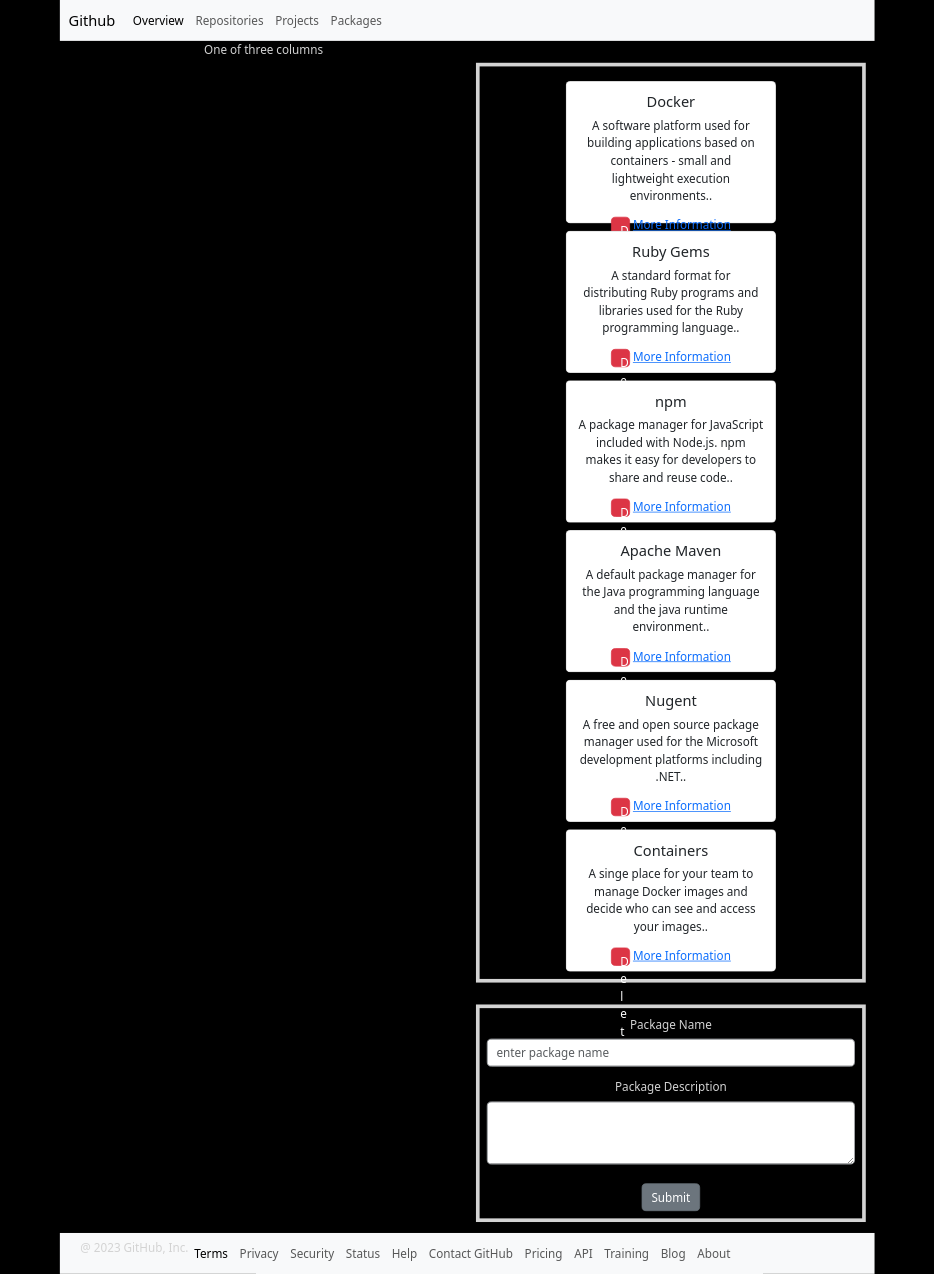
Repository: nss-evening-cohort-E23/gitsub-pull-request-posse
Page: packages.html
The author's editor kept a copy of each file at every save. The page is drawn from the files as they stood at one save, then again after a run of saves.
The browser window is 1280 px wide. The pictures show the whole page, at 73% of full size.

Above is the page before, as saved 2023-05-09 19:31:50.

After the next 3 saves:
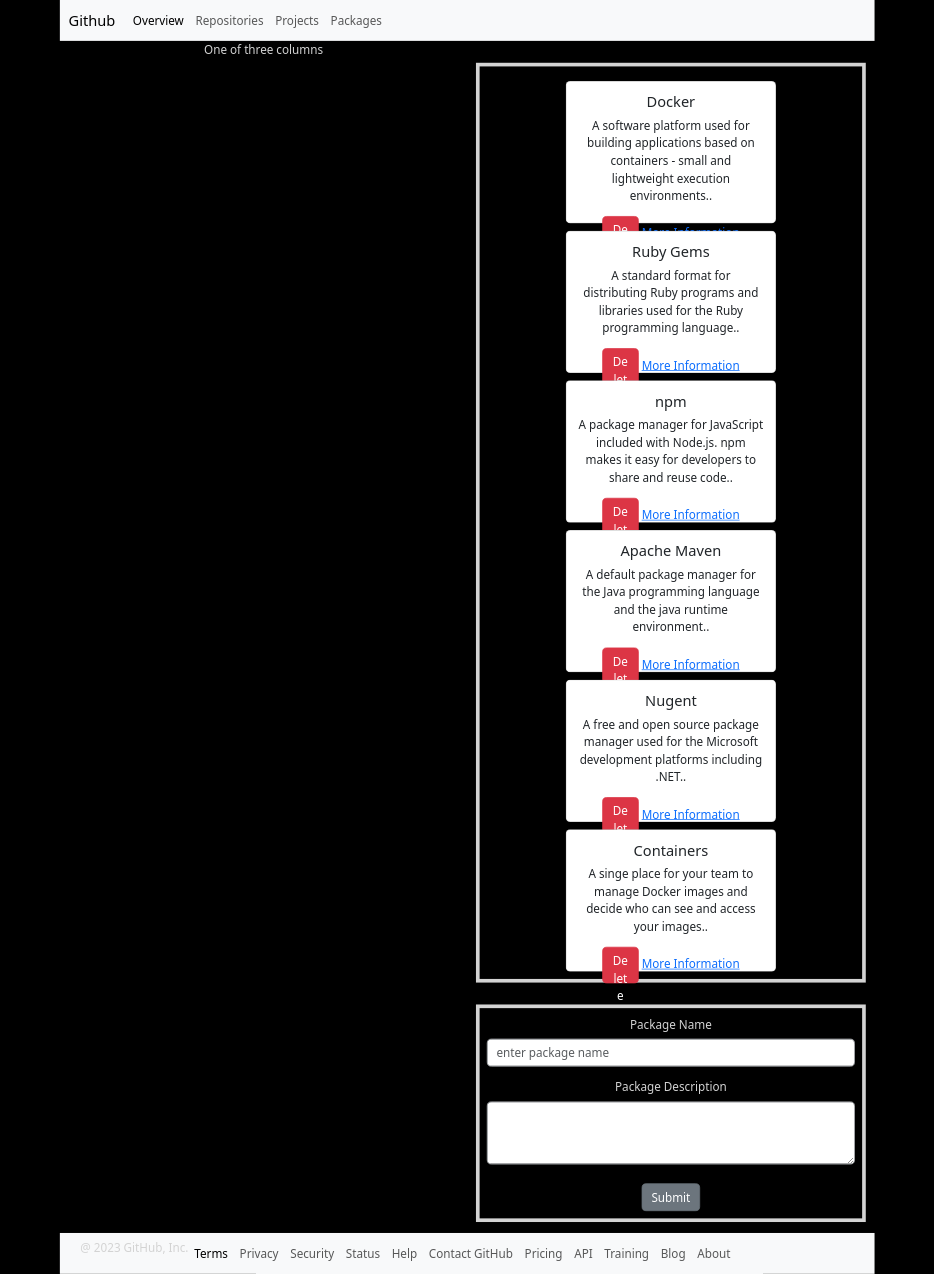
The 3 saves are shown as one change because they came seconds apart.
The last was saved 10 s later.
--- a/packages.css
+++ b/packages.css
@@ -61,6 +61,6 @@
 
 #delete {
   margin: auto;
-  width: 20px;
-  height: 25px;
+  width: 50px;
+  height: 50px;
 }
